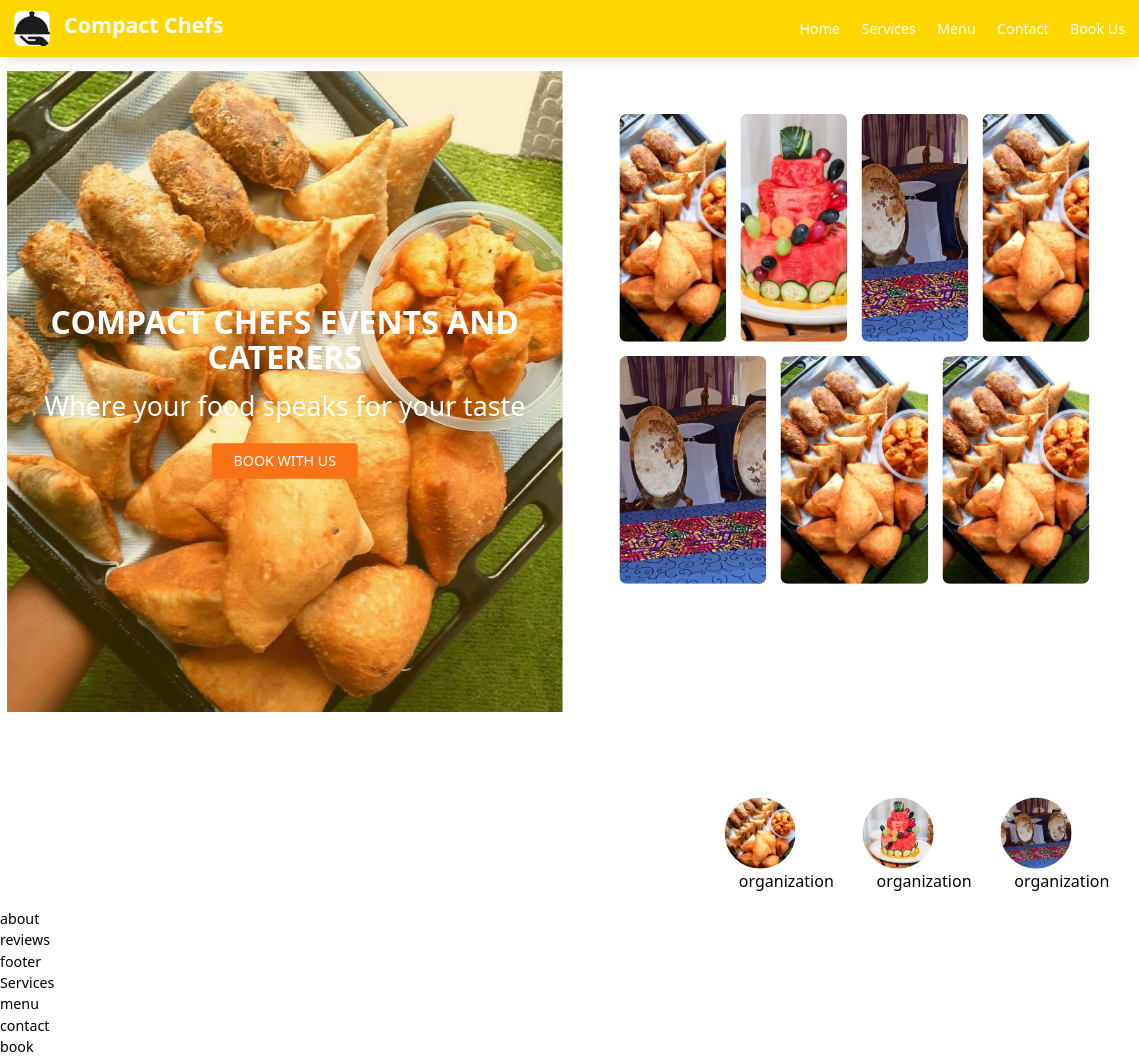
Repository: makanda596/compactchef
Page: /menu
The author's editor kept a copy of each file at every save. The page is drawn from the files as they stood at one save, then again after the next save.
The browser window is 1280 px wide. The pictures show the whole page, at 89% of full size.
The project was rebuilt for these pictures with package versions that can differ from the ones it lists, and the page was loaded fresh each time.

Above is the page before, as saved 2025-01-07 16:54:27.

After the next save:
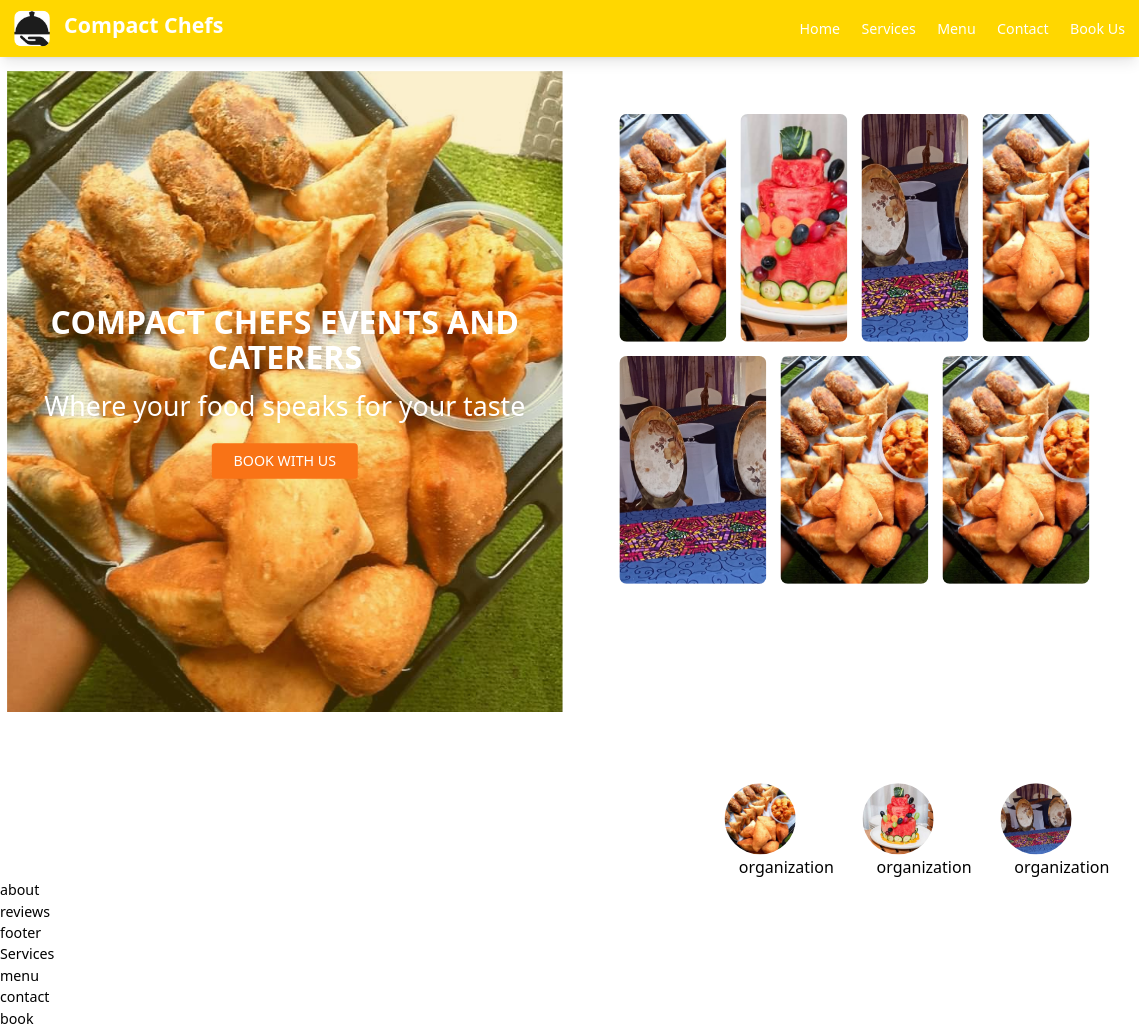
Saved 41 s later.
--- a/src/components/Client.jsx
+++ b/src/components/Client.jsx
@@ -49,7 +49,7 @@ function Client() {
 
     ]
     return (
-        <div className="p-4">
+        <div className="px-4">
             <div className="overflow-hidden">
                 <div className="flex animate-slide">
                     {clients.map((client, index) => (
